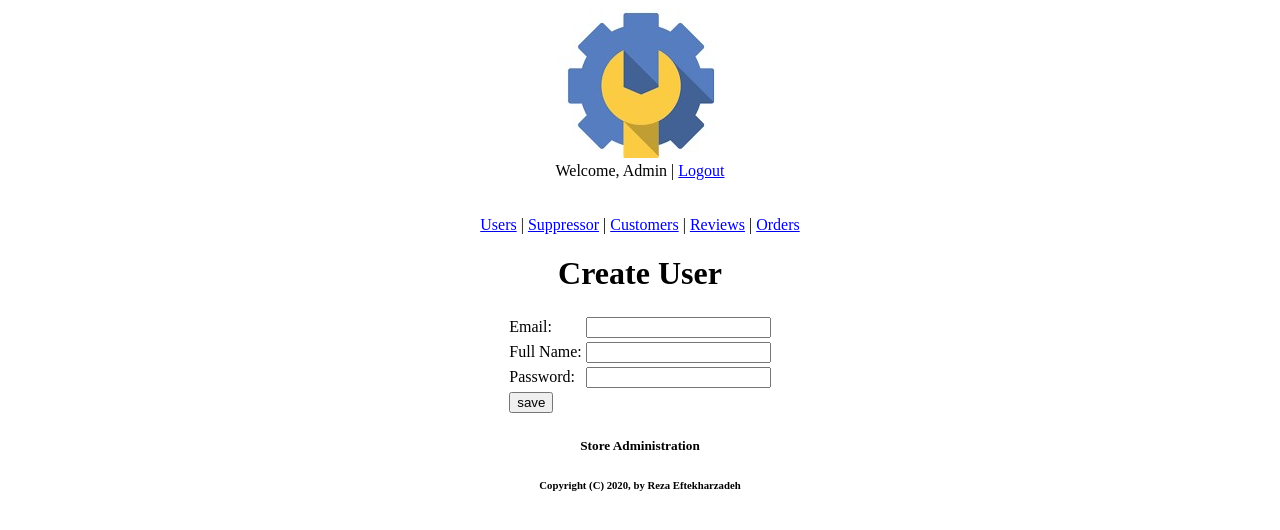
Repository: RezaEftekharzadeh/frey
Page: http://localhost/SilencerStoreProject/admin/user_create.jsp
An editor plug-in stored every save of this project. The page is shown before and after a run of saves, followed by the edit.
The browser window is 1280 px wide. The pictures show the whole page.
The page is served by Tomcat 9. Nobody is signed in. The application's start-up code is not run.

Above is the page before, as saved 2020-07-20 16:03:22.

After the next 3 saves:
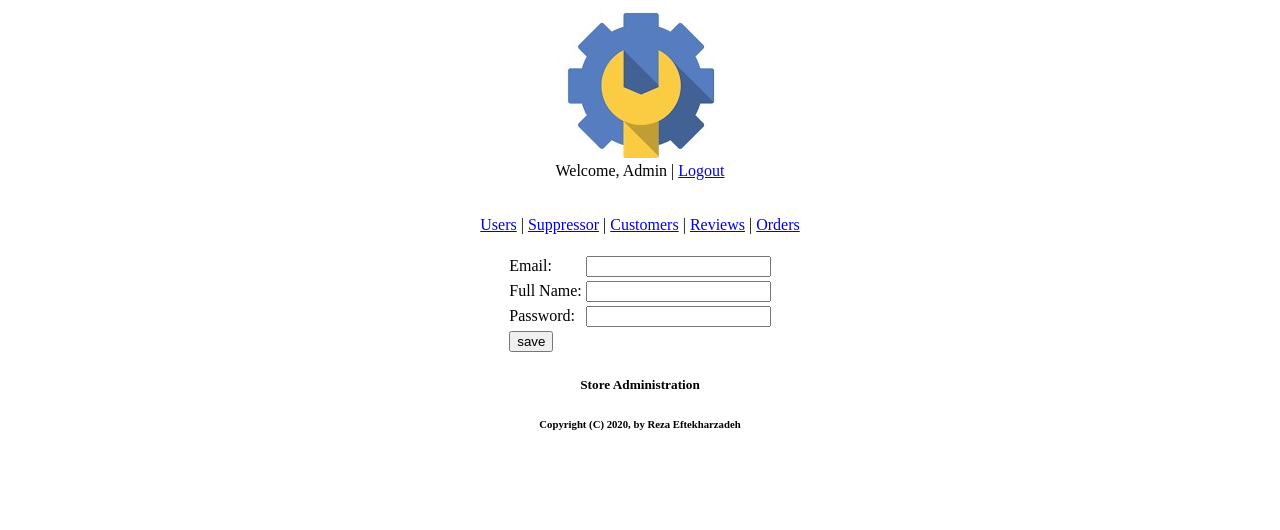
The 3 saves are shown as one change because 2 did not build or start.
The last was saved 4 min 52 s later.
--- a/SilencerStoreProject/WebContent/admin/user_create.jsp
+++ b/SilencerStoreProject/WebContent/admin/user_create.jsp
@@ -9,8 +9,16 @@
 </head>
 <body>
 <jsp:include page="header.jsp" />
+
+
 	<div align="center">
-	     <h1>Create User</h1>
+	<%-- 	<c:if user != null>
+	     	<h1>Edit User</h1>
+	    </c:if>
+
+	    <c:if ${user.userId} == null>
+	     	<h1>Create User</h1>
+	    </c:if> --%>
     </div>
 
     <div align="center">
